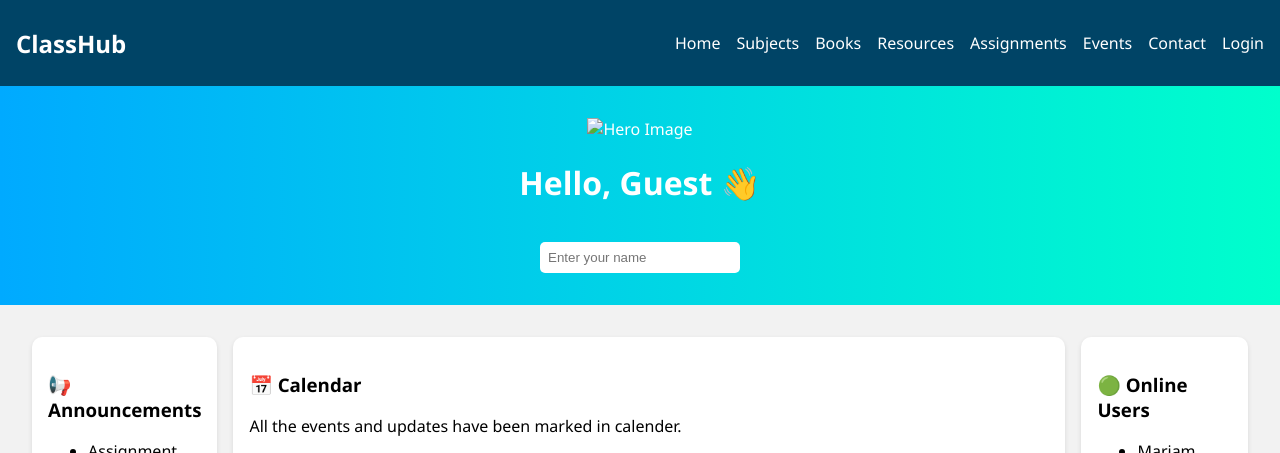
Repository: MariamSawera/eduNova
Page: index.html
An editor plug-in stored every save of this project. The page is shown before and after the next save, followed by the edit.
The browser window is 1280 px wide. The pictures show the part of the page from y = 0 to 453 px (the page is 1715 px tall before and 1731 px after).
Pictures or frames that could not be fetched are drawn as grey boxes.

Above is the page before, as saved 2025-07-21 17:20:17.
Not found: images/hero-image.webp

### index.html
<html>
<head>
    <title>My Web Page</title>
    <meta charset="UTF-8">
    <meta name="viewport" content="width=device-width, initial-scale=1.0">
    <link rel="stylesheet" href="styles.css">
    <script src="script.js"></script>

</head>
<body>
  <nav>
    <div class="logo">ClassHub</div>
    <ul>
      <li><a href="index.html">Home</a></li>
      <!-- <li><a href="#">Semesters</a></li> -->
      <li><a href="#">Subjects</a></li>
      <li><a href="#">Books</a></li>
      <li><a href="#">Resources</a></li>
      <li><a href="#">Assignments</a></li>
      <li><a href="#">Events</a></li>
      <li><a href="#">Contact</a></li>
      <!-- <li><a href="#">Announcements</a></li> -->
      <li><a href="#">Login</a></li>
    </ul>
  </nav>

  <!-- Hero Section -->
  <div class="hero">
    <img src="./images/hero-image.webp " alt="Hero Image">
    <h1 id="welcome">Hello, Guest 👋</h1>
    <input type="text" id="nameInput" placeholder="Enter your name" oninput="updateName()" />
  </div>

  <!-- Dashboard Section -->
  <div class="dashboard">
    <!-- Announcements -->
    <div class="card">
      <h3>📢 Announcements</h3>
      <ul>
        <li>Assignment Web development due 31 July</li>
        <li>Classes starting from 15 Aug</li>
        <li>Movie Day at University Oct 15</li>
      </ul>
    </div>

    <!-- Calendar -->
    <div class="card">
      <h3>📅 Calendar</h3>
      <p>All the events and updates have been marked in calender.</p>
      <iframe src="https://calendar.google.com/calendar/embed?src=onlinelearningrecordings%40gmail.com&ctz=Asia%2FKarachi" style="border: 0" width="800" height="600" frameborder="0" scrolling="no"></iframe>    </div>

    <!-- Online Users -->
    <div class="card">
      <h3>🟢 Online Users</h3>
      <ul>
        <li>Mariam</li>
        <li>Sidra</li>
        <li>Alishba</li>
      </ul>
    </div>
  </div>

  <!-- Quick Material Access -->
  <div class="quick-links">
    <div class="link-card"><a href="firstsemester.html">📘 Semester 1</a></div>
    <div class="link-card"><a href="">📗 Semester 2</a></div>
    <div class="link-card"><a href="">📙 Semester 3</a></div>
    <div class="link-card"><a href="">📕 Semester 4</a></div>
    <div class="link-card"><a href="">📙 Semester 5</a></div>
    <div class="link-card"><a href="">📒 Semester 6</a></div>
    <div class="link-card"><a href="">📘 Semester 7</a></div>
    <div class="link-card"><a href="">📕 Semester 8</a></div>
    <div class="link-card"><a href="">📒 Past Papers</a></div>
    <div class="link-card"><a href="">🔗 Important Links</a></div>
  </div>



    </body>

    <footer class="footer">
        <p>&copy; 2023 My Web Page</p>
    </footer>
</html>

### styles.css
    body {
      margin: 0;
      font-family: 'Segoe UI', sans-serif;
      background: #f2f2f2;
    }

    nav {
      background-color: #004466;
      color: white;
      padding: 1rem;
      display: flex;
      justify-content: space-between;
      align-items: center;
    }

    nav .logo {
      font-size: 1.5rem;
      font-weight: bold;
    }

    a {
        text-decoration: none;
        color: inherit;
    }
    nav ul {
      list-style: none;
      display: flex;
      gap: 1rem;
    }

    nav ul li {
      display: inline;
    }

    nav ul li a {
      color: white;
      text-decoration: none;
    }

    .hero {
      background: linear-gradient(to right, #00aaff, #00ffcc);
      color: white;
      padding: 2rem;
      text-align: center;
    }

    .hero input {
      padding: 0.5rem;
      border: none;
      border-radius: 5px;
      margin-top: 1rem;
      width: 200px;
    }

    .dashboard {
      display: grid;
      grid-template-columns: 1fr 1fr 1fr;
      gap: 1rem;
      padding: 2rem;
    }

    .card {
      background: white;
      padding: 1rem;
      border-radius: 10px;
      box-shadow: 0 2px 5px rgba(0,0,0,0.1);
    }

    .quick-links {
      padding: 2rem;
      display: grid;
      grid-template-columns: repeat(3, minmax(150px, 1fr));
      gap: 1rem;
    }

    .quick-links .link-card {
      background: white;
      text-align: center;
      padding: 1rem;
      border-radius: 10px;
      box-shadow: 0 2px 5px rgba(0,0,0,0.1);
      height: 80px;
    }

### script.js
function updateName() {
      const name = document.getElementById('nameInput').value;
      const welcome = document.getElementById('welcome');
      if(name.trim()) {
        welcome.textContent = `Hello, ${name}! 👋`;
      } else {
        welcome.textContent = `Hello, Guest 👋`;
      }
    }

After the next save:
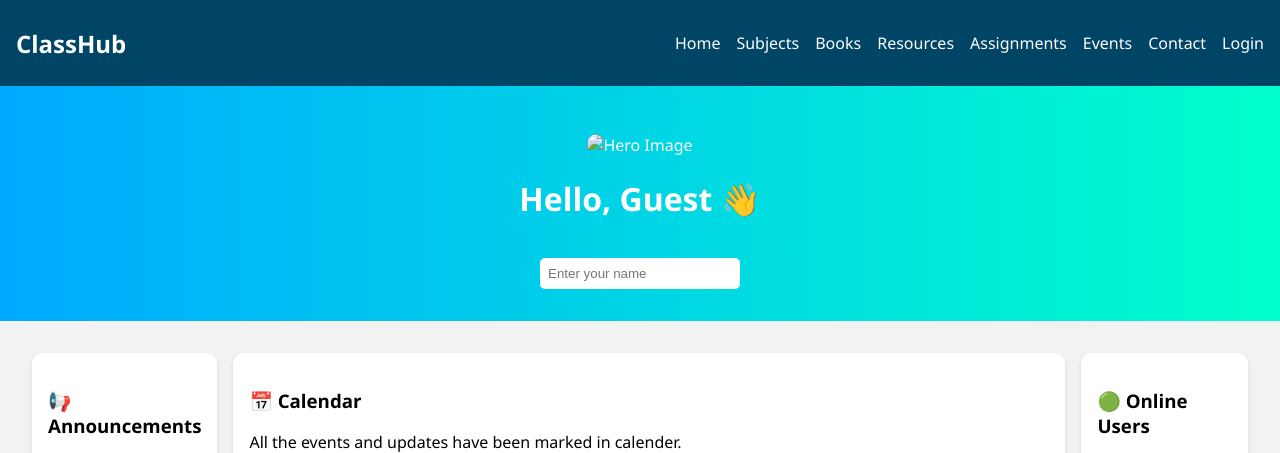
Saved 24 s later.
--- a/styles.css
+++ b/styles.css
@@ -44,6 +44,13 @@
       text-align: center;
     }
 
+    .hero img {
+      max-width: 100%;
+      height: auto;
+      border-radius: 10px;
+      margin-top: 1rem;
+    }
+
     .hero input {
       padding: 0.5rem;
       border: none;
